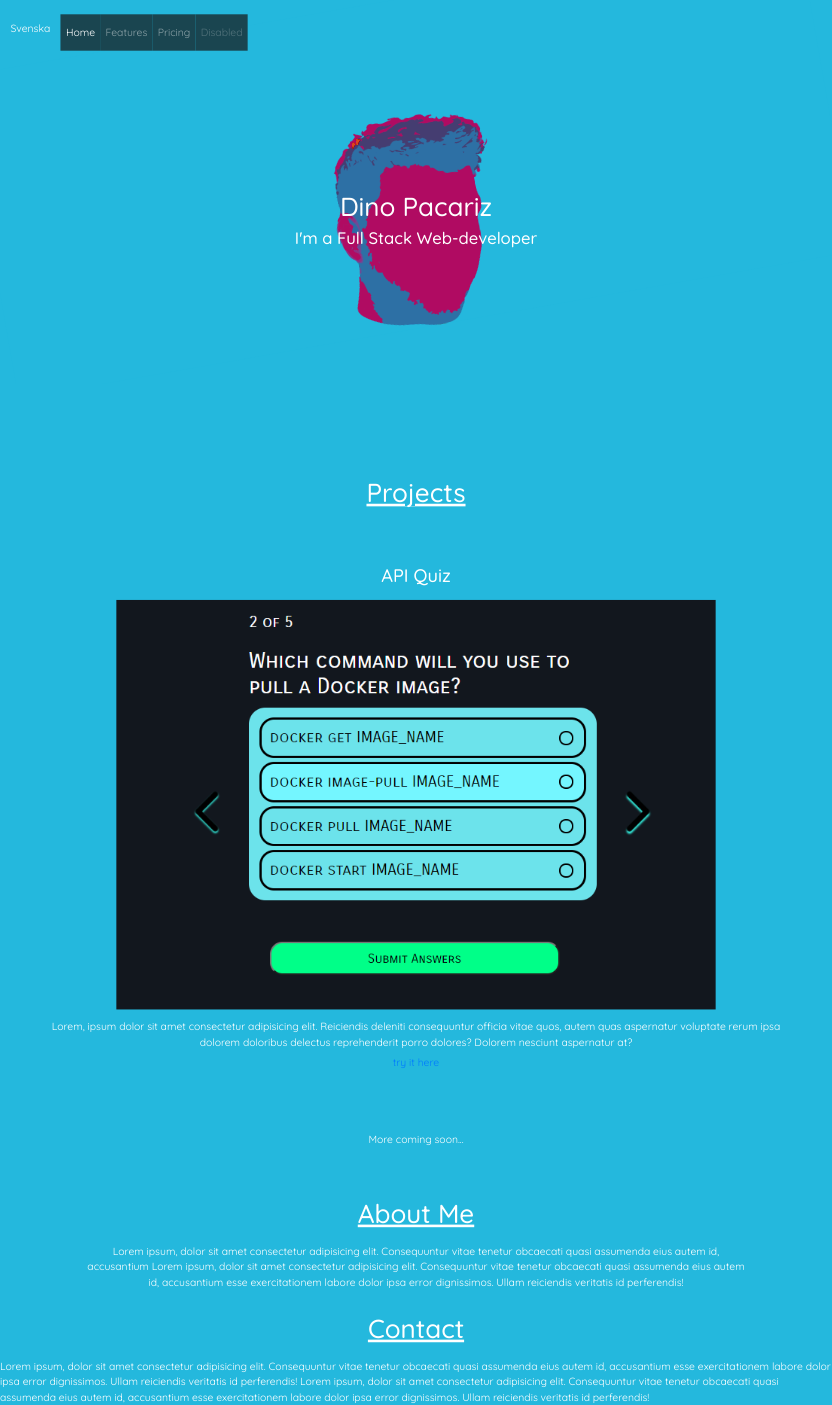
Repository: ImDino/Portfolio
Page: index.html
These files come from the project's save history. The page is drawn as it stood at one moment and after the next save; the edit follows.
The browser window is 1280 px wide. The pictures show the whole page, at 65% of full size.
Some web libraries are served in a nearby version. The style sheet was rebuilt from its Sass, Less or Tailwind sources for each picture, by a compiler version that may differ from the author's.

Above is the page before, as saved 2020-11-06 14:53:54.

### index.html
<!DOCTYPE html>
<html lang="en">
<head>
    <meta charset="UTF-8">
    <meta name="viewport" content="width=device-width, initial-scale=1.0">
    <link rel="stylesheet" href="https://cdn.jsdelivr.net/npm/bootstrap@4.5.3/dist/css/bootstrap.min.css" integrity="sha384-TX8t27EcRE3e/ihU7zmQxVncDAy5uIKz4rEkgIXeMed4M0jlfIDPvg6uqKI2xXr2" crossorigin="anonymous">
    <link href="https://fonts.googleapis.com/css2?family=Josefin+Sans&display=swap" rel="stylesheet">
    <link href="https://fonts.googleapis.com/css2?family=Quicksand:wght@300;400;500;600;700&display=swap" rel="stylesheet">
    <link href="https://fonts.googleapis.com/css2?family=Raleway:wght@100;200;300;500;600;700;900&display=swap" rel="stylesheet">



    <script src="https://code.jquery.com/jquery-3.5.1.slim.min.js" integrity="sha384-DfXdz2htPH0lsSSs5nCTpuj/zy4C+OGpamoFVy38MVBnE+IbbVYUew+OrCXaRkfj" crossorigin="anonymous"></script>
    <script src="https://cdn.jsdelivr.net/npm/bootstrap@4.5.3/dist/js/bootstrap.bundle.min.js" integrity="sha384-ho+j7jyWK8fNQe+A12Hb8AhRq26LrZ/JpcUGGOn+Y7RsweNrtN/tE3MoK7ZeZDyx" crossorigin="anonymous"></script>
    <script src="https://cdnjs.cloudflare.com/ajax/libs/gsap/3.5.1/gsap.min.js"></script>
    <script src="https://cdnjs.cloudflare.com/ajax/libs/gsap/3.5.1/ScrollTrigger.min.js" integrity="sha512-wK2NuxEyN/6s53M8G7c6cRUXvkeV8Uh5duYS06pAdLq4ukc72errSIyyGQGYtzWEzvVGzGSWg8l79e0VkTJYPw==" crossorigin="anonymous"></script>
    <script src="https://cdnjs.cloudflare.com/ajax/libs/gsap/3.5.1/ScrollToPlugin.min.js" integrity="sha512-nTHzMQK7lwWt8nL4KF6DhwLHluv6dVq/hNnj2PBN0xMl2KaMm1PM02csx57mmToPAodHmPsipoERRNn4pG7f+Q==" crossorigin="anonymous"></script>
    <script src="/js/main.js"></script>


    <link rel="stylesheet" href="css/main.css">
    <title>Dino's Portfolio</title>
</head>
<body>

  <nav id='navbar'class="navbar navbar-expand-lg navbar-dark bg-light">
    <!-- <a class="navbar-brand" href="#">Navbar</a> -->
    <a class="navbar-brand" id='language' href="#">Svenska</a>
    <button id='nav-button'class="navbar-toggler" type="button" data-toggle="collapse" data-target="#navbarNav" aria-controls="navbarNav" aria-expanded="false" aria-label="Toggle navigation">
      <span class="navbar-toggler-icon"></span>
      <img src='/img/hamburger-menu-1.png' id='page-1-nav' class='page-nav' alt="">
      <img src='/img/hamburger-menu-2.png' id='page-2-nav' class='page-nav' alt="">
      <img src='/img/hamburger-menu-3.png' id='page-3-nav' class='page-nav' alt="">
    </button>
    <div class="collapse navbar-collapse" id="navbarNav">
      <ul class="navbar-nav">
        <li class="nav-item active">
          <a class="nav-link" href="#">Home <span class="sr-only">(current)</span></a>
        </li>
        <li class="nav-item">
          <a class="nav-link" href="#">Features</a>
        </li>
        <li class="nav-item">
          <a class="nav-link" href="#">Pricing</a>
        </li>
        <li class="nav-item">
          <a class="nav-link disabled" href="#" tabindex="-1" aria-disabled="true">Disabled</a>
        </li>
      </ul>
    </div>
    </nav>
    <div id='home-page'>
        <div id='home-text'>
            <h1>Dino Pacariz</h1>
            <h3>I'm a Full Stack Web-developer</h3>
          </div>
          <div id='face'>
          </div>
    </div>
    <div id='pseudo-div'></div>
    <div class="mouse">
      <div class="mouse-icon">
        <span class="mouse-wheel"></span>
      </div>
    </div>
    <div id='projects-page' class='teaser teaser--animated page1'>
      <div id='header-parent'>
        <div class='main-tool-bar'><h1>Projects</h1></div>
      </div>
      <div class='project'>
        <h3 class='header'>API Quiz</h3>
        <div class='image-wrap'>
          <img src="img/apiquiz.png" alt="">
        </div>
        <span>Lorem, ipsum dolor sit amet consectetur adipisicing elit. Reiciendis deleniti consequuntur officia vitae quos, autem quas aspernatur voluptate rerum ipsa dolorem doloribus delectus reprehenderit porro dolores? Dolorem nesciunt aspernatur at?</span>
        <a href="#"><span>try it here</span></a>
      </div>
      <span id='more-coming-soon'>More coming soon...</span>
    </div>
    <div id='about-page'>
      <div id='header-parent'>
        <div class='main-tool-bar'>
          <h1>About Me</h1>
        </div>
      </div>
      <div>
        <span>
          Lorem ipsum, dolor sit amet consectetur adipisicing elit. Consequuntur vitae tenetur obcaecati quasi assumenda eius autem id, accusantium Lorem ipsum, dolor sit amet consectetur adipisicing elit. Consequuntur vitae tenetur obcaecati quasi assumenda eius autem id, accusantium esse exercitationem labore dolor ipsa error dignissimos. Ullam reiciendis veritatis id perferendis!
        </span>
      </div>
    </div>
    <div id='contact-page'>
      <div id='header-parent'>
        <div class='main-tool-bar'>
          <h1>Contact</h1>
        </div>
      </div>
      <div>
        <span>
          Lorem ipsum, dolor sit amet consectetur adipisicing elit. Consequuntur vitae tenetur obcaecati quasi assumenda eius autem id, accusantium esse exercitationem labore dolor ipsa error dignissimos. Ullam reiciendis veritatis id perferendis!
          Lorem ipsum, dolor sit amet consectetur adipisicing elit. Consequuntur vitae tenetur obcaecati quasi assumenda eius autem id, accusantium esse exercitationem labore dolor ipsa error dignissimos. Ullam reiciendis veritatis id perferendis!
        </span>
      </div>
    </div>
</body>
</html>

### js/main.js
document.addEventListener('DOMContentLoaded', () => {
    gsap.from("#home-text", {duration: 1, x: -1000});
    gsap.from("#face", {duration: 1, opacity: 0});
    gsap.from("#face", {clearProps: 'all', duration: 1, x:100});
    TweenLite.from('#face', {y:20, ease:Linear.easeNone});


    setTimeout(function(){ gsap.to('.mouse', {duration: 1, opacity: 1}); }, 1000);
    setTimeout(function(){ gsap.to('.mouse', {duration: 1, opacity: 0}); }, 2000);




    let header = document.getElementsByClassName('header')[0];
    // console.log(header)
    let tl2 = gsap.timeline({
        // yes, we can add it to an entire timeline!
        scrollTrigger: {
            trigger: header,
            // pin: true,   // pin the trigger element while active
            start: "bottom bottom", // when the top of the trigger hits the top of the viewport
            end: "+=100", // end after scrolling 500px beyond the start
            scrub: 1, // smooth scrubbing, takes 1 second to "catch up" to the scrollbar
            snap: {
                snapTo: "labels", // snap to the closest label in the timeline
                duration: {min: 0.2, max: 1}, // the snap animation should be at least 0.2 seconds, but no more than 3 seconds (determined by velocity)
                delay: 0.2, // wait 0.2 seconds from the last scroll event before doing the snapping
                // ease: "power1.inOut", // the ease of the snap animation ("power3" by default)
                overwrite: 'auto'
            }
        }
    });


    let custom = gsap.timeline({
        // yes, we can add it to an entire timeline!
        scrollTrigger: {
            // trigger: header,
            // pin: true,   // pin the trigger element while active
            start: "bottom bottom", // when the top of the trigger hits the top of the viewport
            end: "+=100", // end after scrolling 500px beyond the start
            scrub: 1, // smooth scrubbing, takes 1 second to "catch up" to the scrollbar
            // snap: {
            //     snapTo: "labels", // snap to the closest label in the timeline
            //     duration: {min: 0.2, max: 1}, // the snap animation should be at least 0.2 seconds, but no more than 3 seconds (determined by velocity)
            //     delay: 0.2, // wait 0.2 seconds from the last scroll event before doing the snapping
            //     // ease: "power1.inOut", // the ease of the snap animation ("power3" by default)
            //     overwrite: 'auto'
            // }
            // onToggle: self => console.log('hej')
        }
    });

    let language = gsap.timeline({
        // yes, we can add it to an entire timeline!
        scrollTrigger: {
            // trigger: header,
            // pin: true,   // pin the trigger element while active
            start: "bottom bottom", // when the top of the trigger hits the top of the viewport
            end: "+=20", // end after scrolling 500px beyond the start
            scrub: 1, // smooth scrubbing, takes 1 second to "catch up" to the scrollbar
            // snap: {
            //     snapTo: "labels", // snap to the closest label in the timeline
            //     duration: {min: 0.2, max: 1}, // the snap animation should be at least 0.2 seconds, but no more than 3 seconds (determined by velocity)
            //     delay: 0.2, // wait 0.2 seconds from the last scroll event before doing the snapping
            //     // ease: "power1.inOut", // the ease of the snap animation ("power3" by default)
            //     overwrite: 'auto'
            // }
            onToggle: self => console.log('language')
        }
    });

    let nav1 = gsap.timeline({
        // yes, we can add it to an entire timeline!
        scrollTrigger: {
            // trigger: header,
            // pin: true,   // pin the trigger element while active
            start: "bottom bottom", // when the top of the trigger hits the top of the viewport
            end: "+=20", // end after scrolling 500px beyond the start
            scrub: 1, // smooth scrubbing, takes 1 second to "catch up" to the scrollbar
            // snap: {
            //     snapTo: "labels", // snap to the closest label in the timeline
            //     duration: {min: 0.2, max: 1}, // the snap animation should be at least 0.2 seconds, but no more than 3 seconds (determined by velocity)
            //     delay: 0.2, // wait 0.2 seconds from the last scroll event before doing the snapping
            //     // ease: "power1.inOut", // the ease of the snap animation ("power3" by default)
            //     overwrite: 'auto'
            // }
            onToggle: self => console.log('nav1')
        }
    });

    let about = document.getElementById('about-page')

    let nav2 = gsap.timeline({
        // yes, we can add it to an entire timeline!
        scrollTrigger: {
            trigger: 'about',
            // pin: true,   // pin the trigger element while active
            start: "bottom bottom", // when the top of the trigger hits the top of the viewport
            end: "+=100", // end after scrolling 500px beyond the start
            scrub: 1, // smooth scrubbing, takes 1 second to "catch up" to the scrollbar
            // snap: {
            //     snapTo: "labels", // snap to the closest label in the timeline
            //     duration: {min: 0.2, max: 1}, // the snap animation should be at least 0.2 seconds, but no more than 3 seconds (determined by velocity)
            //     delay: 0.2, // wait 0.2 seconds from the last scroll event before doing the snapping
            //     // ease: "power1.inOut", // the ease of the snap animation ("power3" by default)
            //     overwrite: 'auto'
            // }
            onToggle: self => console.log('nav2')
        }
    });

    let contact = document.getElementById('contact-page')

    let nav3 = gsap.timeline({
        // yes, we can add it to an entire timeline!
        scrollTrigger: {
            trigger: 'contact',
            // pin: true,   // pin the trigger element while active
            start: "bottom bottom", // when the top of the trigger hits the top of the viewport
            end: "+=100", // end after scrolling 500px beyond the start
            scrub: 1, // smooth scrubbing, takes 1 second to "catch up" to the scrollbar
            // snap: {
            //     snapTo: "labels", // snap to the closest label in the timeline
            //     duration: {min: 0.2, max: 1}, // the snap animation should be at least 0.2 seconds, but no more than 3 seconds (determined by velocity)
            //     delay: 0.2, // wait 0.2 seconds from the last scroll event before doing the snapping
            //     // ease: "power1.inOut", // the ease of the snap animation ("power3" by default)
            //     overwrite: 'auto'
            // }
            onToggle: self => console.log('nav2')
        }
    });

    let scroll_icon = document.getElementById('scroll-icon')

    let scroll = gsap.timeline({
        // yes, we can add it to an entire timeline!
        scrollTrigger: {
            trigger: 'scroll_icon',
            // pin: true,   // pin the trigger element while active
            start: "bottom bottom", // when the top of the trigger hits the top of the viewport
            end: "+=100", // end after scrolling 500px beyond the start
            scrub: 1, // smooth scrubbing, takes 1 second to "catch up" to the scrollbar
            // snap: {
            //     snapTo: "labels", // snap to the closest label in the timeline
            //     duration: {min: 0.2, max: 1}, // the snap animation should be at least 0.2 seconds, but no more than 3 seconds (determined by velocity)
            //     delay: 0.2, // wait 0.2 seconds from the last scroll event before doing the snapping
            //     // ease: "power1.inOut", // the ease of the snap animation ("power3" by default)
            //     overwrite: 'auto'
            // }
            onToggle: self => console.log('nav2')
        }
    });
    language.addLabel('language').to('#language', {opacity:0})
    language.addLabel('language').to('#language', {x:-100})
    nav1.addLabel('nav1').from('#page-1-nav', {opacity:0})
    nav2.addLabel('nav2').from('#page-2-nav', {opacity:0})
    nav3.addLabel('nav3').from('#page-3-nav', {opacity:0})
    // scroll_icon.addLabel('scroll-icon').from('#scroll-icon', {opacity:0})
    // scroll_icon.addLabel('scroll-icon').to('#scroll-icon', {opacity:0})

    // tl.addLabel("start")
    // .from("#projects-page", {scale: 0.3, autoAlpha: 0})
    // .from("#projects-page2", {scale: 0.3, autoAlpha: 0})
    // .addLabel("color")

    // tl.addLabel("start")

    // tl2.addLabel("start")
    //     .to("#projects-page", {y: -100})
    //     .to(header, {y: -100})
    // .to(header, {opacity: 0})


    // let nav_button = document.getElementById('nav-button');
    // let navbar = document.getElementById('navbar');
    // console.log(nav_button)
    // console.log(navbar)

    // nav_button.addEventListener('click', ()=> {
    //     if (!navbar.hasAttribute('toggled')) {
    //         navbar.setAttribute('toggled' ,'')
    //         navbar.classList.add('navbar-toggled')
    //     } else {
    //         console.log('hej')
    //         navbar.removeAttribute('toggled')
    //         navbar.classList.remove('navbar-toggled')
    //     }
    // })


        gsap.registerPlugin(ScrollTrigger);
        gsap.registerPlugin(ScrollToPlugin);

        const button = document.querySelector(".toggle-page");
        const page1 = document.querySelector(".page1");
        // const page2 = document.querySelector(".page2");


        /**
         * Reset page.
         * => Kills existing scroll trigger.
         */
        const resetPage = () => {
          console.log("💣 Reset page");

          console.log("Killing triggers");
          ScrollTrigger.getAll().forEach(st => st.kill());
        };

        /**
         * Initialize the page.
         * Creates the scroll trigger.
         */
        const initPage = (activePage) => {
          const teasers = activePage.querySelectorAll(".teaser--animated");

          gsap.utils.toArray(teasers).forEach((teaser, i) => {
            ScrollTrigger.create({
              markers: true,
              trigger: teaser,
              start: "top center",
              end: "bottom center",
              toggleClass: "teaser--in-view",
              onEnter: () => scrollToElementCenter(teaser)
            });
          });
        };

        /**
         * Scroll to center of given element.
         */
        const scrollToElementCenter = (el) => {
          console.log("scroll to element center");

          // Calculate offset to put the element in the center.
          const offsetY = (window.innerHeight - el.offsetHeight) / 2;

          gsap.to(window, {
            duration: 1,
            scale: 0.5,
            scrollTo: {
              y: el,
              offsetY: offsetY,
              autoKill: false
            }
          });
        };

        /**
         * Add event listener to toggle between pages
         * via button.
         */

        // button.addEventListener("click", () => {
        //   page1.classList.toggle("page--visible");
        //   page2.classList.toggle("page--visible");

        //   resetPage();

        //   // Init page that is now active.
        //   if (page1.classList.contains("page--visible")) {
        //     initPage(page1);
        //   } else if (page2.classList.contains("page--visible")) {
        //     initPage(page2);
        //   }
        // });

        /**
         * Init page on load.
         */
        (function () {
          initPage(page1);
        })();













        // localStorage.clear()

    /*:::::::START:::::::::
    ::: Refresh Counter :::
    :::::::::::::::::::::*/

    // if(localStorage.getItem('refreshCount') == null) {
    //     localStorage.setItem('refreshCount', 1);
    // } else {
    //     let  localRefreshCount = localStorage.getItem('refreshCount')
    //     localRefreshCount++;
    //     localStorage.setItem('refreshCount', localRefreshCount);
    // }
    // if (parseInt(localStorage.getItem('refreshCount')) > 10) {
    //     localStorage.setItem('refreshCount', 1);
    // }
    // console.log('RefreshCount: '+localStorage.getItem('refreshCount'))


    /*::::::::END::::::::::
    ::: Refresh Counter :::
    :::::::::::::::::::::*/
})

### scss/main.scss
*{
    margin: 0;
    padding: 0;
    font-family: 'Quicksand', sans-serif;
}

html, body {
    height: 100%;
    // width: 100%;
    // overflow-x: hidden;
}

body {
    background-color: #24b8dd !important;
    color: white;
}

#pseudo-div {
    width: 100%;
    height: 100%;
    margin-bottom: -60px;
}


.navbar {
    background-color: #24b8dd00 !important;
    // background-color: #24b8dd !important;
    color: white;
    position: fixed;
    top: 0;
    width: 100%;
    // z-index: 1;
    // margin: 0; //! behövs för att hamburger listan ska få 100 width
    // padding: 0; //! behövs för att hamburger listan ska få 100 width

}

.navbar-toggler {
    border: none;
}
.navbar-toggler:focus {
    outline: none;
}

.navbar-brand {
    font-size: medium;
}

.nav-item {
    background-color: #1a4550;
    line-height: 2.5em;
    text-align: center;
}

#navbarNav {
    margin-top: 2vh;
}

.navbar-toggled {
    background-color: #24b8dd !important;
}

#home-page {
    padding-top: 170px;
    position: absolute;
    top: 0;
    bottom: 0;
    left: 0;
    right: 0;
    z-index: -1;
    margin-bottom: 18vh;
    background-size: 200%;
    background-blend-mode: luminosity;
    display: flex;
    justify-content: center;
    align-items: center;

    h1 {
        text-align: center;
    }
    h3 {
        text-align: center;
        font-size: 1.6em;
        margin-bottom: 12vh;
    }
    overflow: hidden;
}

#header-parent {
    height: 47.5px;
    display: block;
    display: flex;
    flex-direction: column;
    align-items: center;
    margin-bottom: 3vh;
    margin-top: 5vh;
    h1 {
        text-decoration: underline;
    }
}

#face {
    position: absolute;
    top: 0;
    bottom: 0;
    left: 0;
    right: 0;
    overflow: hidden;
    // margin-bottom: 28vh;
    margin-bottom: 12vh;
    background: url('/img/vectorFace4.png') no-repeat;
    background-color: #24b8dd;
    z-index: -2;
    margin-left: -25px;
    background-blend-mode: difference;
    background-size: 35vh;
    background-position: center bottom;
    -webkit-transform: rotate(-10deg);
    -moz-transform: rotate(-10deg);
    -ms-transform: rotate(-10deg);
    -o-transform: rotate(-10deg);
    transform: rotate(-10deg);
}

.main-tool-bar {
    margin-right: 0;
    text-align: center;
}

.main-tool-bar--scrolled {
    position: fixed;
    top: 200px;

}

.navbar-toggler-icon {
    position: relative;
    z-index: -1 !important;
}

#page-1-nav {
    position: absolute;
    top: 1px;
    right: 31.1px;
    height: 20px;
    width: 24px;
    background-position: top right;
}

#page-2-nav {
    position: absolute;
    top: 17px;
    right: 31.1px;
    height: 20px;
    width: 24px;
    background-position: top right;
}
#page-3-nav {
    position: absolute;
    top: 33px;
    right: 31.1px;
    height: 20px;
    width: 24px;
    background-position: top right;
}
.project {
    display: flex;
    flex-direction: column;
    align-self: center;
    width: 90%;
    *{
        width: 100%;
        // height: 110%;
    }
}

.header {
    margin-bottom: 3vh !important;
}

#projects-page {
    display: flex;
    flex-direction: column;

    *{
        display: flex;
        justify-content: center;
        margin-bottom: 1vh;
        text-align: center;
    }
    span {
        width: 100%;
    }



    h3 {
        margin-top: 10vh;
        margin-bottom: 0;
        padding-bottom: 0;
    }


}

.image-wrap {
    width: 100%;


    img {
        width: 80%;
    }
}

#more-coming-soon {
    margin-top: 10vh;
}

#about-page {
    margin-top: 5vh;
    display: flex;
    flex-direction: column;
    align-items: center;

    * {

        text-align: center;
    }
    div {
        width: 80%;
        // width: 100%;
    }
}

#contact-page {
    margin-bottom: 30vh;
}




.mouse{
    opacity: 0;
//   margin: 50px auto;
  width: 100%;
//   position: absolute;
//   bottom: 0;
  display: flex;
  justify-content: center;

}.mouse-icon{
   width: 25px;
   height: 45px;
   border: 2px solid white;
   border-radius: 15px;
   cursor: pointer;
   position: relative;
   text-align: center;
}.mouse-wheel{
  height: 10px;
  margin: 6px auto;
  display: block;
  width: 10px;
  background-color: white;
  border-radius: 50%;
  -webkit-animation: 1.6s ease infinite wheel-up-down;
 -moz-animation: 1.6s ease infinite wheel-up-down;
  animation: 1.5s ease infinite wheel-up-down;
}
@-webkit-keyframes wheel-up-down {
	0% {
	    margin-top: 5px;
	    opacity: 0;
	}
	30% {
	    opacity: 1;
	}
	100% {
	    margin-top: 25px;
	    opacity: 0;
	}
}@-moz-keyframes wheel-up-down {
	0% {
	    margin-top: 25px;
	    opacity: 0;
	}
	30% {
	    opacity: 1;
	}
	100% {
	    margin-top: 5px;
	    opacity: 0;
	}
}@keyframes wheel-up-down {
	0% {
	    margin-top: 25px;
	    opacity: 0;
	}
	30% {
	    opacity: 1;
	}
	100% {
	    margin-top: 5px;
	    opacity: 0;
	}
}

/* //TODO
1. Darkmode, ställa in särskilda färger IFALL man är i darkmode? UX baby.

*/

After the next save:
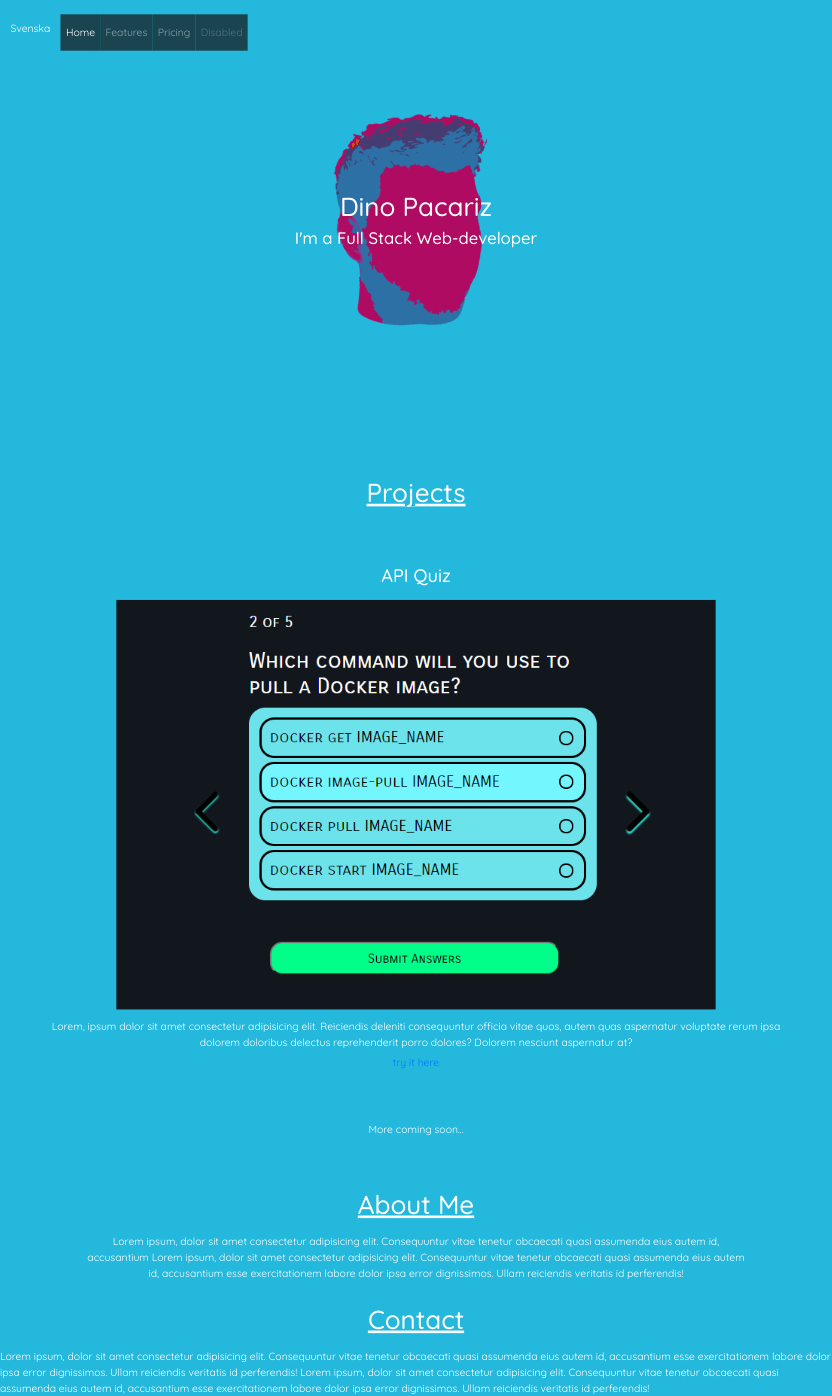
Saved 9 s later.
--- a/scss/main.scss
+++ b/scss/main.scss
@@ -213,7 +213,7 @@ body {
 }
 
 #more-coming-soon {
-    margin-top: 10vh;
+    margin-top: 8vh;
 }
 
 #about-page {
